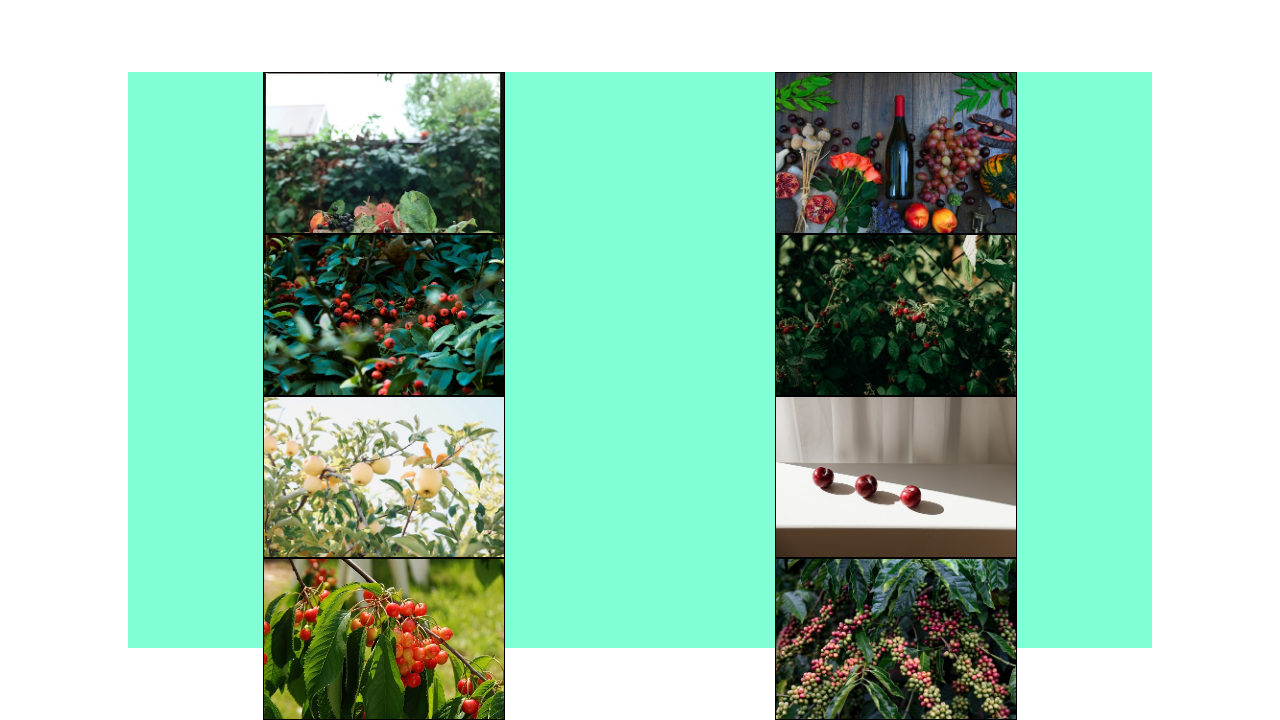
Repository: lidkaa/devTasks
Page: 0. Zadania Testowe/zadania/FlexboxCentered.html
An editor plug-in stored every save of this project. The page is shown before and after the next save, followed by the edit.
The browser window is 1280 px wide. The pictures show the whole page.

Above is the page before, as saved 2022-01-31 14:14:01.

After the next save:
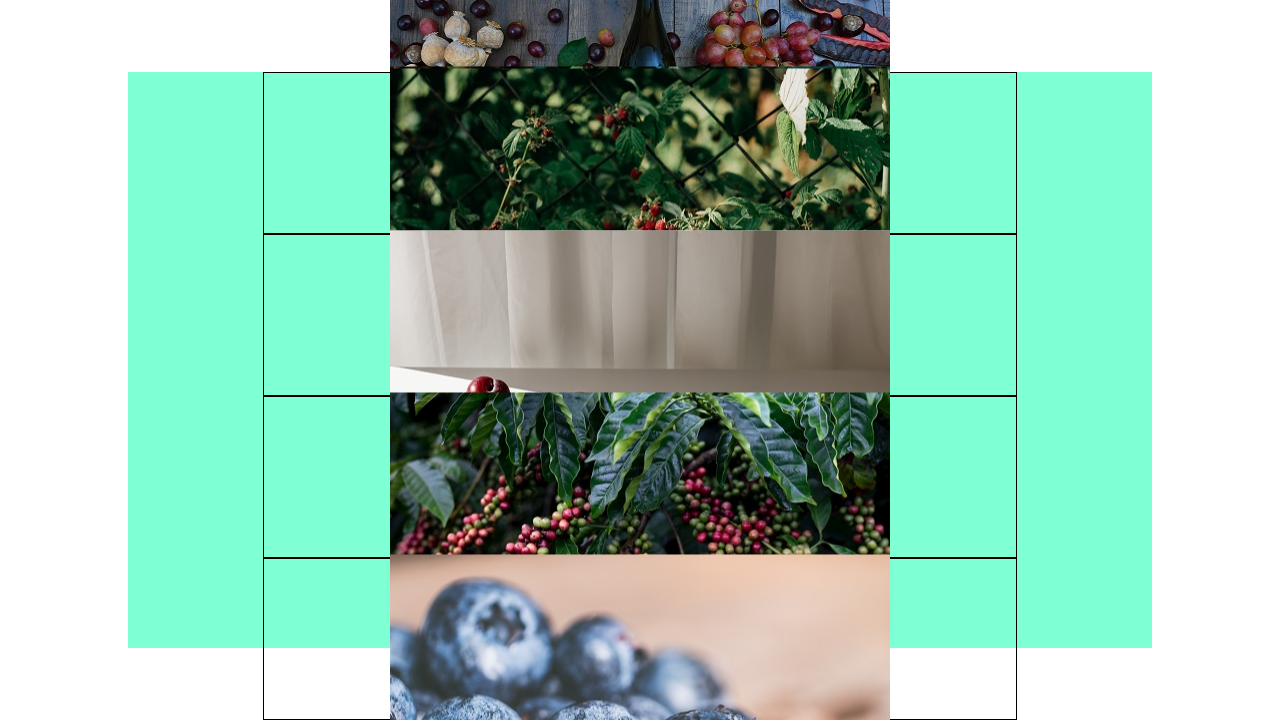
Saved 74 s later.
--- a/0. Zadania Testowe/zadania/flexboxcentered.css
+++ b/0. Zadania Testowe/zadania/flexboxcentered.css
@@ -39,4 +39,7 @@
     margin: auto;
     justify-content: center;
     align-items: center;
+    position: absolute;
+    left: 50%;
+    transform:translate(-50%,-50%);
   }
